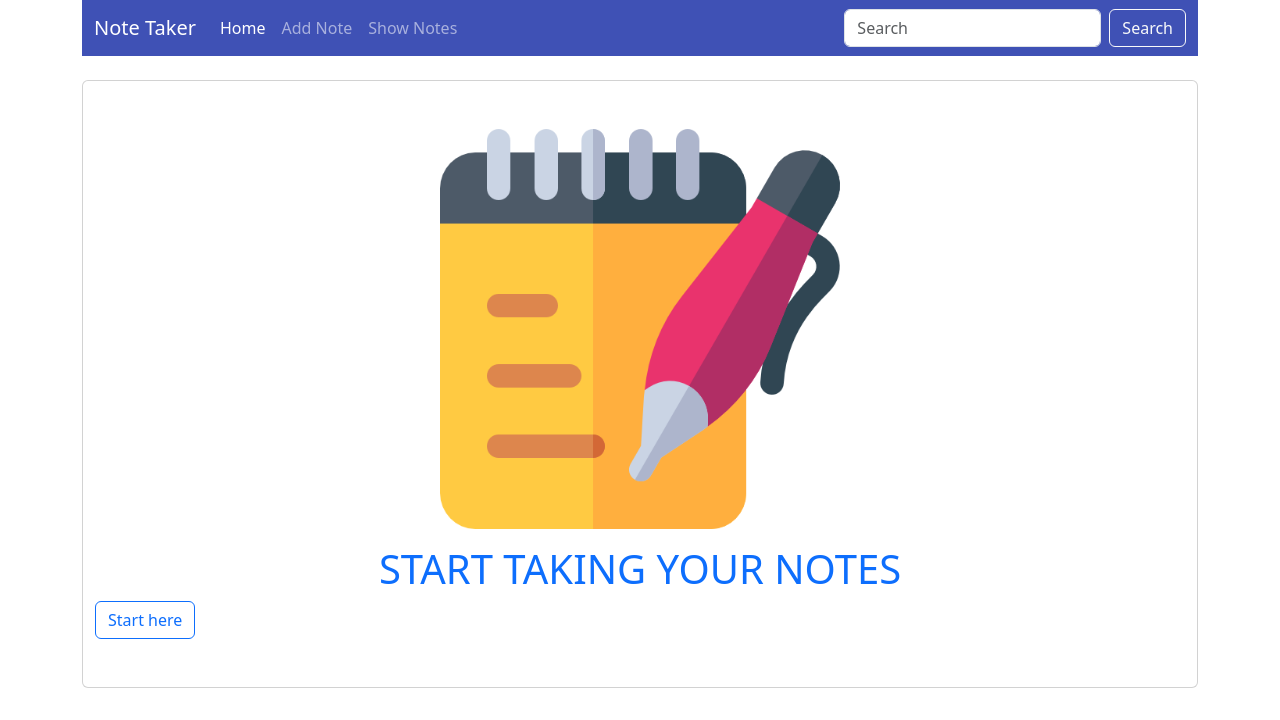
Repository: a-man-sheikh/NoteTaker
Page: http://localhost/NoteTaker/
These files come from the project's save history. The page is drawn as it stood at one moment and after the next save; the edit follows.
The browser window is 1280 px wide. The pictures show the whole page.
The page is served by Tomcat 9.

Above is the page before, as saved 2024-03-25 12:10:35.

After the next save:
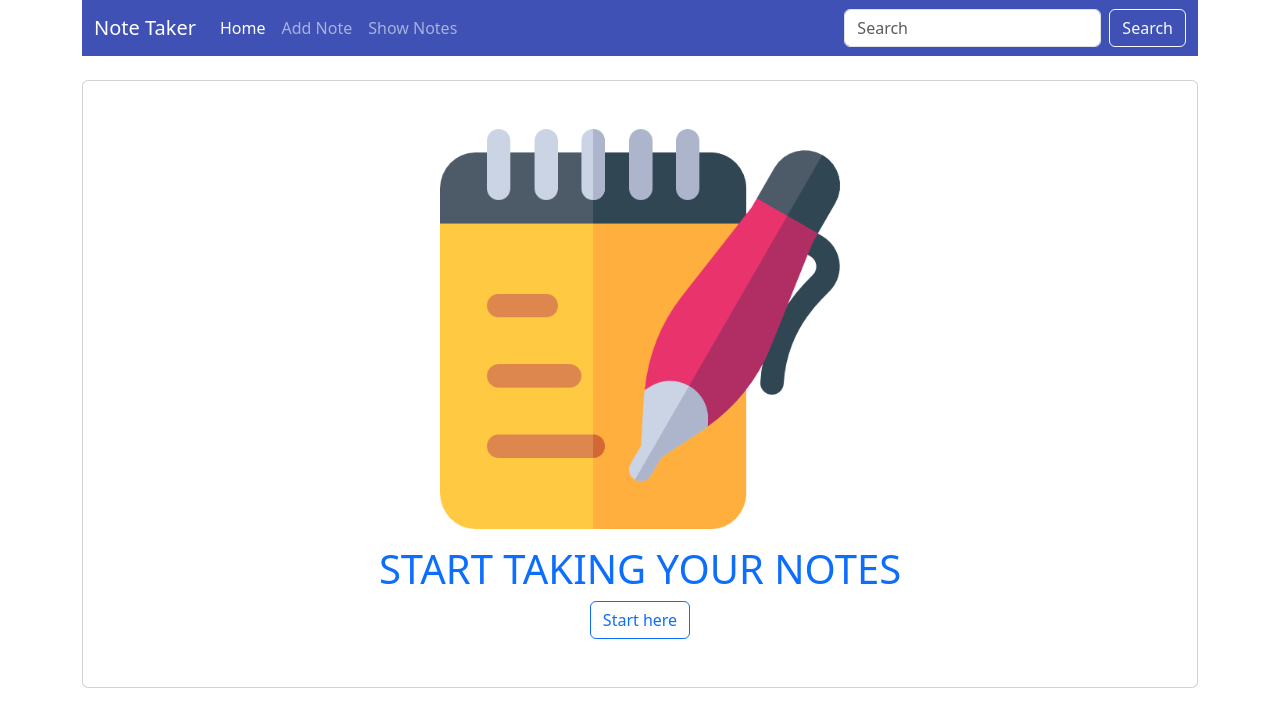
Saved 59 s later.
--- a/NoteTaker/src/main/webapp/index.jsp
+++ b/NoteTaker/src/main/webapp/index.jsp
@@ -13,7 +13,7 @@
   <div class="card py-5">
   <img alt="notes-image" class="img-fluid mx-auto" style="max-width:400px;" src="img/notes.png"/>
   <h1 class="text-primary text-uppercase text-center mt-3">Start Taking your notes</h1>
-<div class="container">
+<div class="container text-center">
  <button class="btn btn-outline-primary text-center">Start here</button>
 </div>
 
